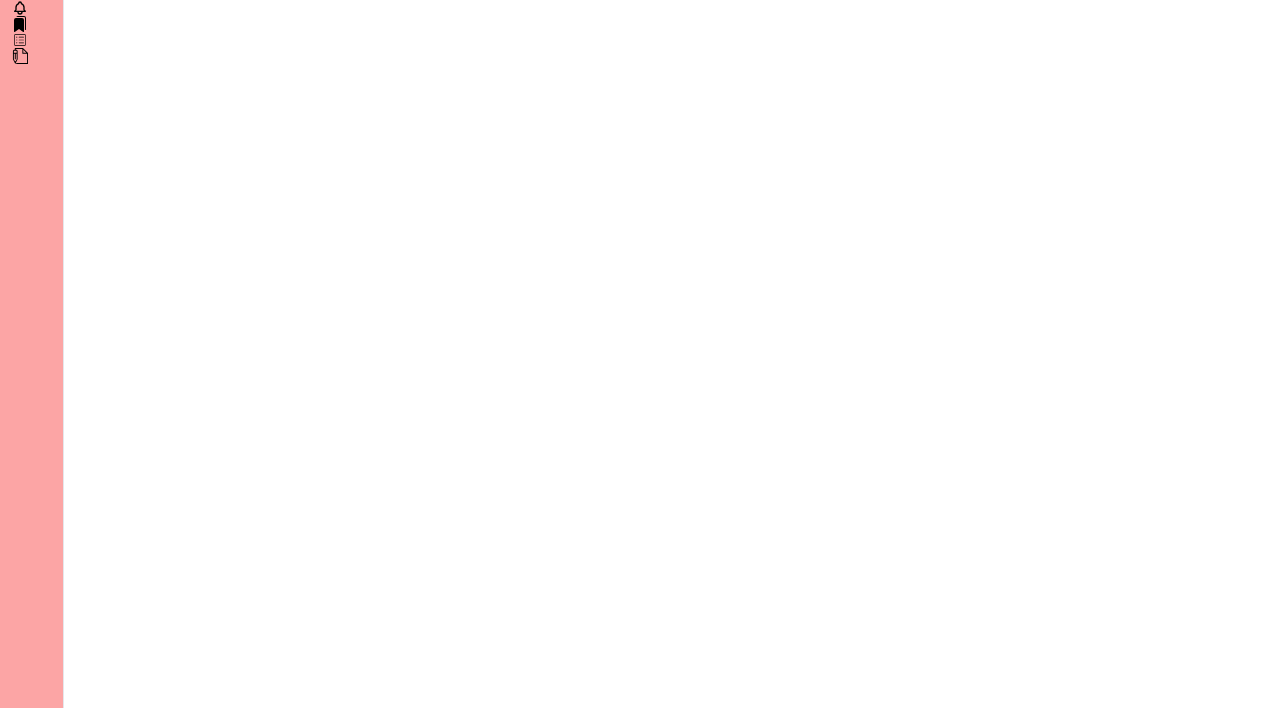
Repository: hisreal123/yt-build
Page: /Components/Menu
The author's editor kept a copy of each file at every save. The page is drawn from the files as they stood at one save, then again after the next save.
The browser window is 1280 px wide. The pictures show the whole page.
The project was rebuilt for these pictures with package versions that can differ from the ones it lists, and the page was loaded fresh each time. The framework's server and built-in components were replaced by stand-ins that run in the browser. Also part of the build but not shown: next.config.js.

Above is the page before, as saved 2022-11-12 01:26:38.

After the next save:
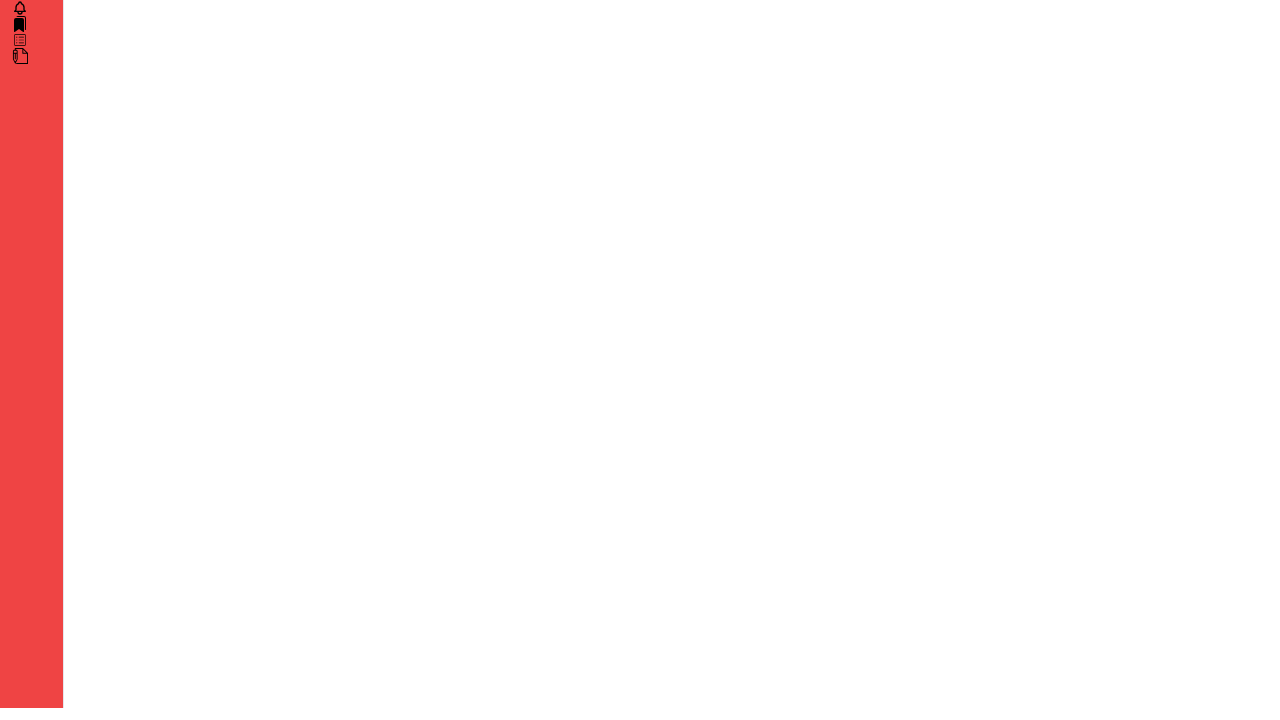
Saved 11 s later.
--- a/pages/Components/Menu.tsx
+++ b/pages/Components/Menu.tsx
@@ -9,7 +9,7 @@
 
 function Menu() {
   return (
-    <div className="p-3 border-r lg:h-screen lg:w-auto sm:w-screen fixed bottom-3 bg-red-300 w-full lg:min-w-[5%]">
+    <div className="p-3 border-r lg:h-screen lg:w-auto sm:w-screen fixed bottom-3 bg-red-500 w-full lg:min-w-[5%]">
       <SlHome className="lg:hidden" />
       <CiSearch className=" lg:hidden" />
       <CgProfile className=" lg:hidden" />
